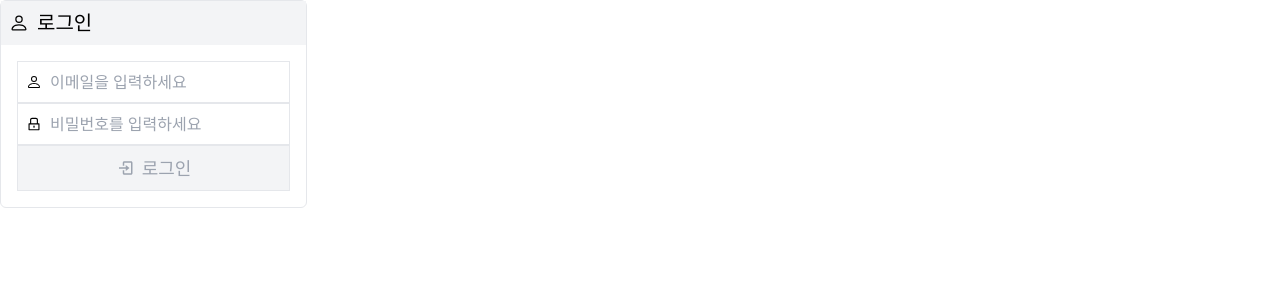
Repository: wanted-pre-onboarding-4/pre-onboarding-assignment-week-4-1-team-4
Page: /login (app in client/)
These files come from the project's save history. The page is drawn as it stood at one moment and after a run of saves; the edit follows.
The browser window is 1280 px wide. The pictures show the whole page.
The project was rebuilt for these pictures with package versions that can differ from the ones it lists, and the page was loaded fresh each time. Also part of the build but not shown: client/src/components/Footer.jsx, client/src/components/Header.jsx, client/src/components/Sider.jsx, client/src/components/Layout.jsx.

Above is the page before, as saved 2022-09-20 21:17:08.

### client/src/index.js
import React from 'react';
import ReactDOM from 'react-dom/client';
import App from './App';
import "./index.css"
const root = ReactDOM.createRoot(document.getElementById('root'));
root.render(
  <React.StrictMode>
    <App />
  </React.StrictMode>
);

### client/src/App.js
import { BrowserRouter as Router, Routes, Route } from 'react-router-dom';
import Layout from './components/Layout';
import Login from './pages/login/Login';

function App() {
  return (
    <Router>
      <Routes>
        <Route path="/login" element={<Login/>} />
        <Route element={<Layout />}>
          <Route path="/" element={<div>홈</div>} />
          <Route path="/users" element={<div>유저 목록 페이지</div>} />
          <Route path="/users/:user_id" element={<div>유저 상세 페이지</div>} />
          <Route path="/accounts" element={<div>계좌 목록 페이지</div>} />
          <Route path="/accounts/:account_id" element={<div>계좌 상세 페이지</div>} />
          <Route path="*" element={<div>404페이지</div>} />
        </Route>
      </Routes>
    </Router>
  );
}

export default App;

### client/src/index.css
#root{
  display: flex;
  height:100vh;
}

@tailwind base;
@tailwind components;
@tailwind utilities;

### client/src/pages/login/Login.jsx
import React from 'react';
import { BsPerson } from 'react-icons/bs';
import { AiOutlineLock } from 'react-icons/ai';
import { BiLogIn } from 'react-icons/bi';

const Login = () => {
  return (
    <div>
      <div className='border-solid border-[1px] rounded-md shadow-gray-400'>
        <div className="flex items-center justify-start space-x-2 p-2 font-medium text-xl bg-gray-100">
          <BsPerson />
          <h1>로그인</h1>
        </div>
        <form className='p-4'>
          <label className="flex items-center space-x-2 border-solid border-[1px] p-2">
            <BsPerson />
            <input type="email" placeholder="이메일을 입력하세요" />
          </label>
          <label className="flex items-center space-x-2 border-solid border-[1px] p-2">
            <AiOutlineLock />
            <input type="password" placeholder="비밀번호를 입력하세요" />
          </label>
          <button
            className="flex items-center justify-center space-x-2 w-full text-lg border-solid border-[1px] p-2 disabled:text-gray-400 disabled:bg-gray-100"
            disabled={true}
          >
            <BiLogIn />
            <span>로그인</span>
          </button>
        </form>
      </div>
    </div>
  );
};

export default Login;

Loaded but not shown: client/public/index.html (common file); client/tailwind.config.js (common file)

After the next 2 saves:
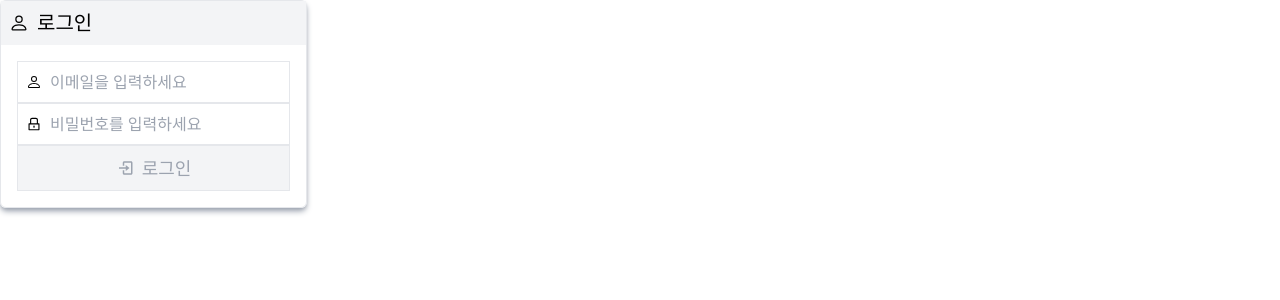
The 2 saves are shown as one change because they came seconds apart.
The last was saved 24 s later.
--- a/client/src/pages/login/Login.jsx
+++ b/client/src/pages/login/Login.jsx
@@ -6,7 +6,7 @@ import { BiLogIn } from 'react-icons/bi';
 const Login = () => {
   return (
     <div>
-      <div className='border-solid border-[1px] rounded-md shadow-gray-400'>
+      <div className='border-solid border-[1px] rounded-md shadow-md shadow-gray-400'>
         <div className="flex items-center justify-start space-x-2 p-2 font-medium text-xl bg-gray-100">
           <BsPerson />
           <h1>로그인</h1>
